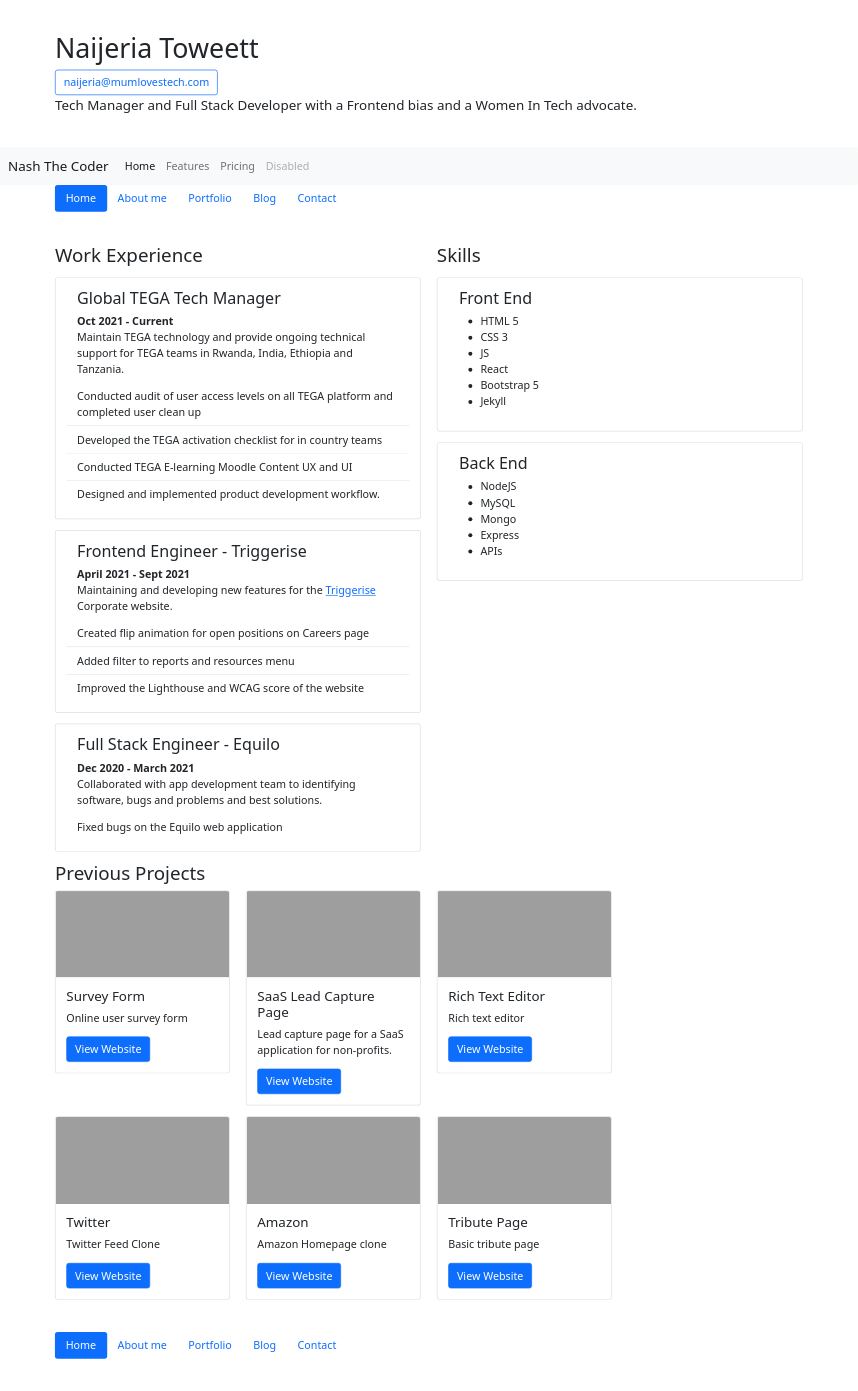
Repository: mamatechafrica/portfolio
Page: index.html
An editor plug-in stored every save of this project. The page is shown before and after the next save, followed by the edit.
The browser window is 1280 px wide. The pictures show the whole page, at 67% of full size.
Pictures or frames that could not be fetched are drawn as grey boxes.

Above is the page before, as saved 2022-01-05 18:53:31.

After the next save:
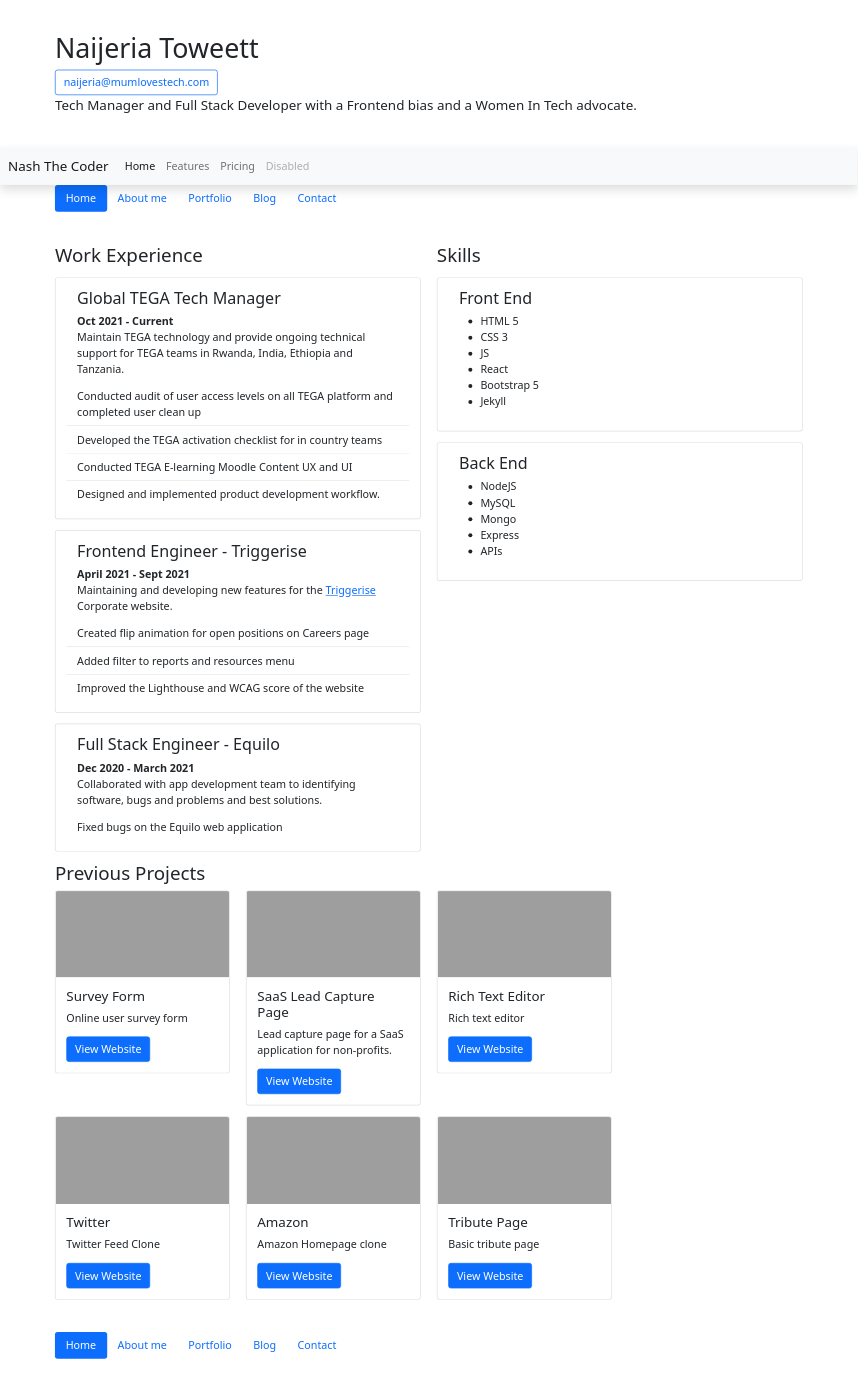
Saved 8 min 52 s later.
--- a/index.html
+++ b/index.html
@@ -20,7 +20,7 @@
                 Tech Manager and Full Stack Developer with a Frontend bias and a Women In Tech advocate.
             </p>
         </div>
-        <nav class="navbar navbar-expand-lg navbar-light bg-light">
+        <nav class="navbar navbar-expand-lg navbar-light bg-light shadow">
             <div class="container-fluid">
                 <a class="navbar-brand" href="#">Nash The Coder <i class="fas fa-code-branch    "></i></a>
                 <button class="navbar-toggler" type="button" data-bs-toggle="collapse" data-bs-target="#navbarNav" aria-controls="navbarNav" aria-expanded="false" aria-label="Toggle navigation">
